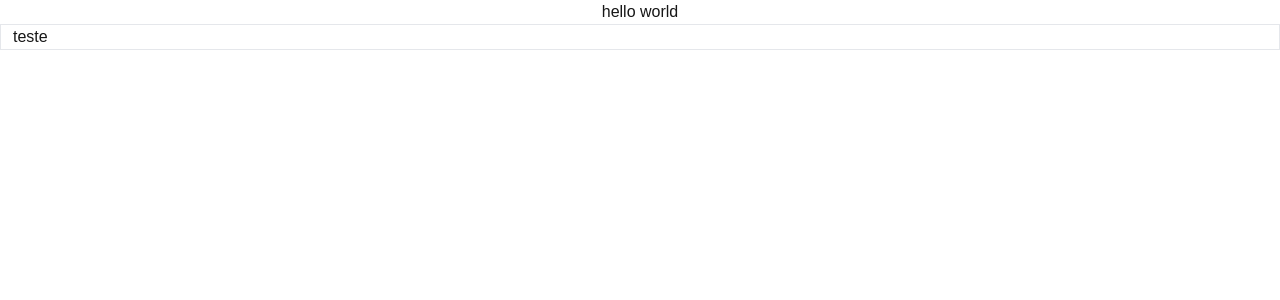
Repository: vitorbelluzzo/CountryInformationApp
Page: / (app in fe/)
An editor plug-in stored every save of this project. The page is shown before and after a run of saves, followed by the edit.
The browser window is 1280 px wide. The pictures show the whole page.
The project was rebuilt for these pictures with package versions that can differ from the ones it lists, and the page was loaded fresh each time. The framework's server and built-in components were replaced by stand-ins that run in the browser. Also part of the build but not shown: fe/next.config.ts.

Above is the page before, as saved 2024-10-29 13:51:45.

After the next 3 saves:
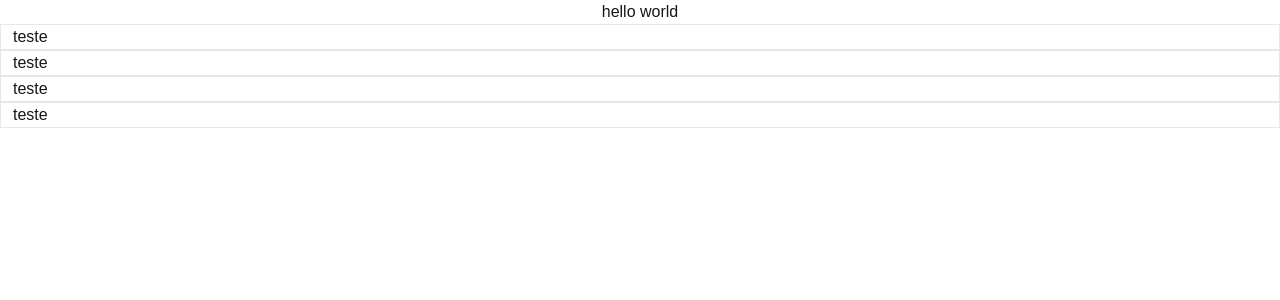
The 3 saves are shown as one change because they came seconds apart.
The last was saved 19 s later.
--- a/fe/src/app/page.tsx
+++ b/fe/src/app/page.tsx
@@ -26,6 +26,9 @@ export default function Home() {
     <div>
       <p className="text-center">hello world</p>
       <div className="border h-auto w-auto text-start px-3">teste</div>
+      <div className="border h-auto w-auto text-start px-3">teste</div>
+      <div className="border h-auto w-auto text-start px-3">teste</div>
+      <div className="border h-auto w-auto text-start px-3">teste</div>
     </div>
   );
 }
